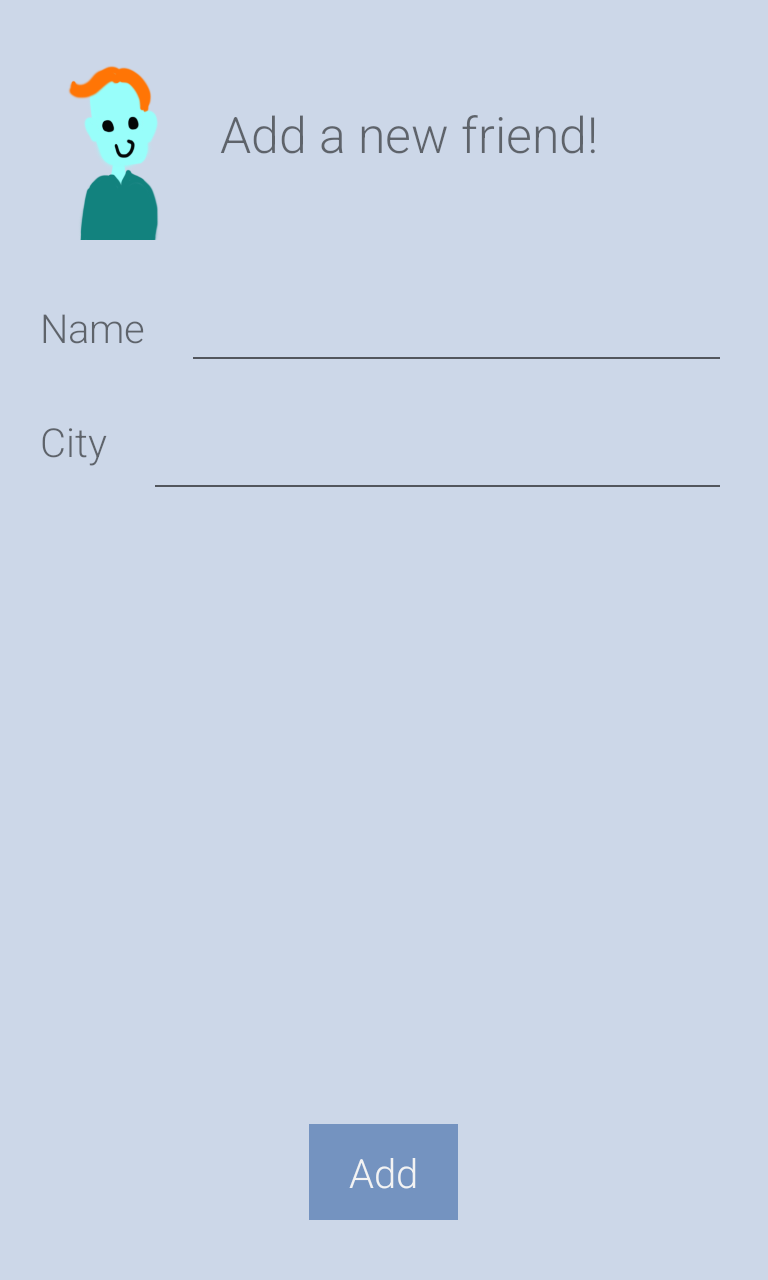
Repository: hinasakazaki/WeatherWithFriends
Layout: WeatherWithFriends/res/layout/add_fragment.xml
These files come from the project's save history. The layout is drawn as it stood at one moment and after the next save; the edit follows.
It is drawn on a 768 x 1280 px phone screen (xhdpi) without system bars, with theme AppTheme; the app's code is not run.

Above is the layout before, as saved 2014-06-09 23:49:53.

### WeatherWithFriends/res/layout/add_fragment.xml
<?xml version="1.0" encoding="utf-8"?>
<RelativeLayout xmlns:android="http://schemas.android.com/apk/res/android"
    android:layout_width="match_parent"
    android:layout_height="match_parent"
    android:orientation="vertical"
    android:background="#ccd7e8" >

    <!-- first row -->
	   <ImageView android:id="@+id/icon"
        android:layout_width="100dp"
        android:layout_height="100dp"
        android:layout_alignParentTop="true"
        android:layout_marginTop="20dp"
        android:layout_marginLeft="10dp"
        android:src="@drawable/mike"
        />
	   <TextView
    	    android:id="@+id/title"
    	    android:layout_width="wrap_content"
    	    android:layout_height="wrap_content"
    	    android:layout_toRightOf="@+id/icon"
    	    android:text="Add a new friend!"
    	    android:textSize="25dp"
    	    android:layout_marginTop="50dp"/>

	<!--  second row -->

	   <TextView
    	    android:id="@+id/Name"
    	    android:layout_width="wrap_content"
    	    android:layout_height="wrap_content"
    	    android:layout_alignParentLeft="true"
    	    android:layout_below="@id/icon"
    	    android:textSize="20dp"
    	    android:text="Name"
    	    android:layout_marginTop="30dp"
    	    android:layout_marginLeft="20dp"
    	   />
	   <EditText
	       android:id="@+id/nameEdit"
	        android:layout_width="wrap_content"
    	    android:layout_height="wrap_content"
    	    android:layout_alignParentRight="true"
    	    android:layout_toRightOf="@id/Name"
    	    android:layout_below="@id/title"
    	    android:textSize="20dp"
    	    android:layout_marginTop="60dp"
    	    android:layout_marginLeft="20dp"
    	     android:layout_marginRight="20dp"
    	    />

	 <!-- third row -->

	   <TextView
    	    android:id="@+id/city"
    	    android:layout_width="wrap_content"
    	    android:layout_height="wrap_content"
    	    android:layout_alignParentLeft="true"
    	    android:layout_below="@id/Name"
    	    android:textSize="20dp"
    	    android:text="City"
    	    android:layout_marginTop="30dp"
    	    android:layout_marginLeft="20dp"/>

	   <EditText
	       android:id="@+id/cityEdit"
	        android:layout_width="wrap_content"
    	    android:layout_height="wrap_content"
    	    android:layout_alignParentRight="true"
    	    android:layout_toRightOf="@id/city"
    	    android:layout_below="@id/nameEdit"
    	     android:textSize="20dp"
    	     android:layout_marginTop="20dp"
    	     android:layout_marginLeft="20dp"
    	      android:layout_marginRight="20dp"
    	    />

    	<Button
            android:id="@+id/addButton"
            android:layout_height="wrap_content"
            android:layout_width="wrap_content"
            android:text="Add"
            android:background = "#7493c0"
            android:textSize="20dp"
            android:paddingLeft="20dp"
            android:paddingRight="20dp"
            android:layout_alignParentBottom="true"
            android:layout_marginBottom="30dp"
            android:layout_centerHorizontal="true"
            android:onClick = "add"
            />



</RelativeLayout>

### WeatherWithFriends/res/values/styles.xml
<resources>

    <!--
        Base application theme, dependent on API level. This theme is replaced
        by AppBaseTheme from res/values-vXX/styles.xml on newer devices.
    -->
      <style name="AppBaseTheme" parent="android:Theme.Light">
        <!--
            Theme customizations available in newer API levels can go in
            res/values-vXX/styles.xml, while customizations related to
            backward-compatibility can go here.
        -->
    </style>

    <!-- Application theme. -->
    <style name="AppTheme" parent="AppBaseTheme">
        <item name="android:textViewStyle">@style/RobotoTextViewStyle</item>
   		<item name="android:buttonStyle">@style/RobotoButtonStyle</item>
        <!-- All customizations that are NOT specific to a particular API-level can go here. -->
    </style>

    <style name="RobotoTextViewStyle" parent="android:Widget.TextView">
    	<item name="android:fontFamily">sans-serif-light</item>
	</style>

	<style name="RobotoButtonStyle" parent="android:Widget.Holo.Button">
    	<item name="android:fontFamily">sans-serif-light</item>
	</style>
</resources>

Loaded but not shown: WeatherWithFriends/res/values-v11/styles.xml (common file); WeatherWithFriends/res/values-v14/styles.xml (common file)

After the next save:
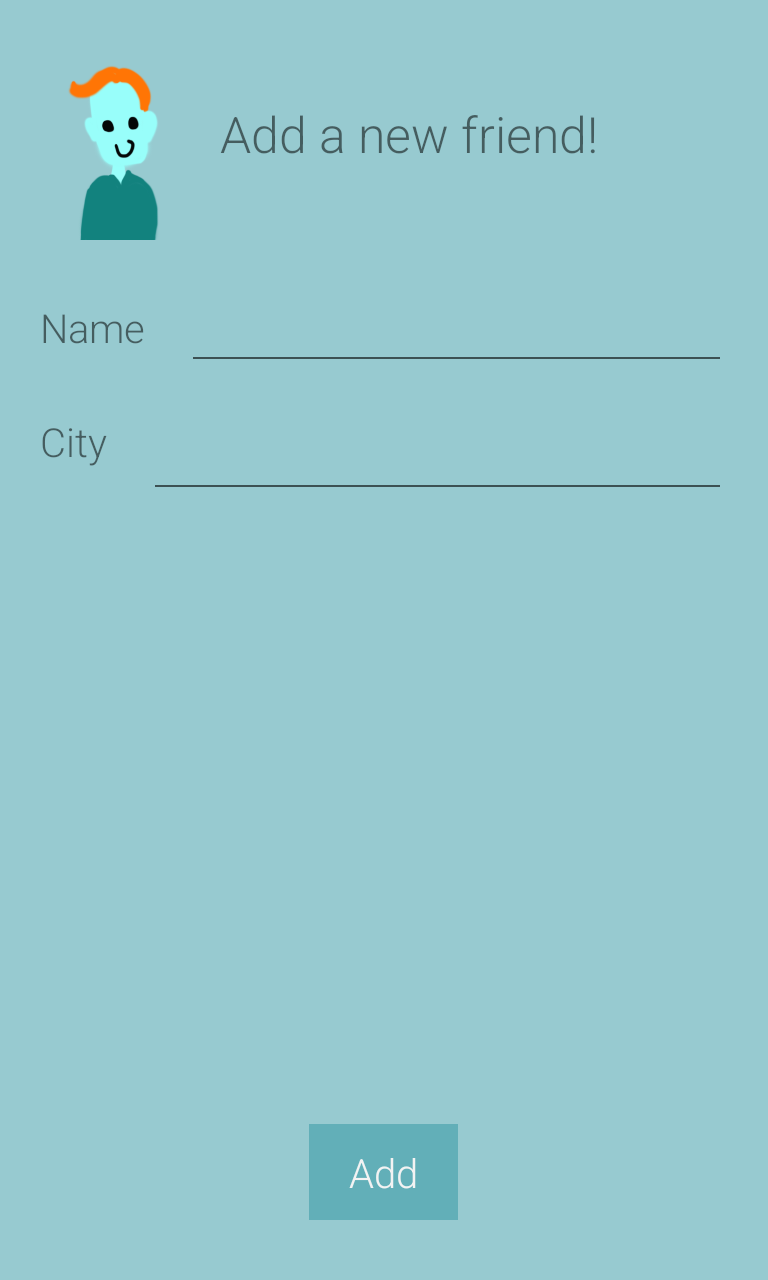
Saved 2 min 7 s later.
--- a/WeatherWithFriends/res/layout/add_fragment.xml
+++ b/WeatherWithFriends/res/layout/add_fragment.xml
@@ -3,7 +3,7 @@
     android:layout_width="match_parent"
     android:layout_height="match_parent"
     android:orientation="vertical"
-    android:background="#ccd7e8" >
+    android:background="#97cad0" >
 
     <!-- first row -->
 	   <ImageView android:id="@+id/icon"
@@ -80,7 +80,7 @@
             android:layout_height="wrap_content"
             android:layout_width="wrap_content"
             android:text="Add"
-            android:background = "#7493c0"
+            android:background = "#62afb8"
             android:textSize="20dp"
             android:paddingLeft="20dp"
             android:paddingRight="20dp"
